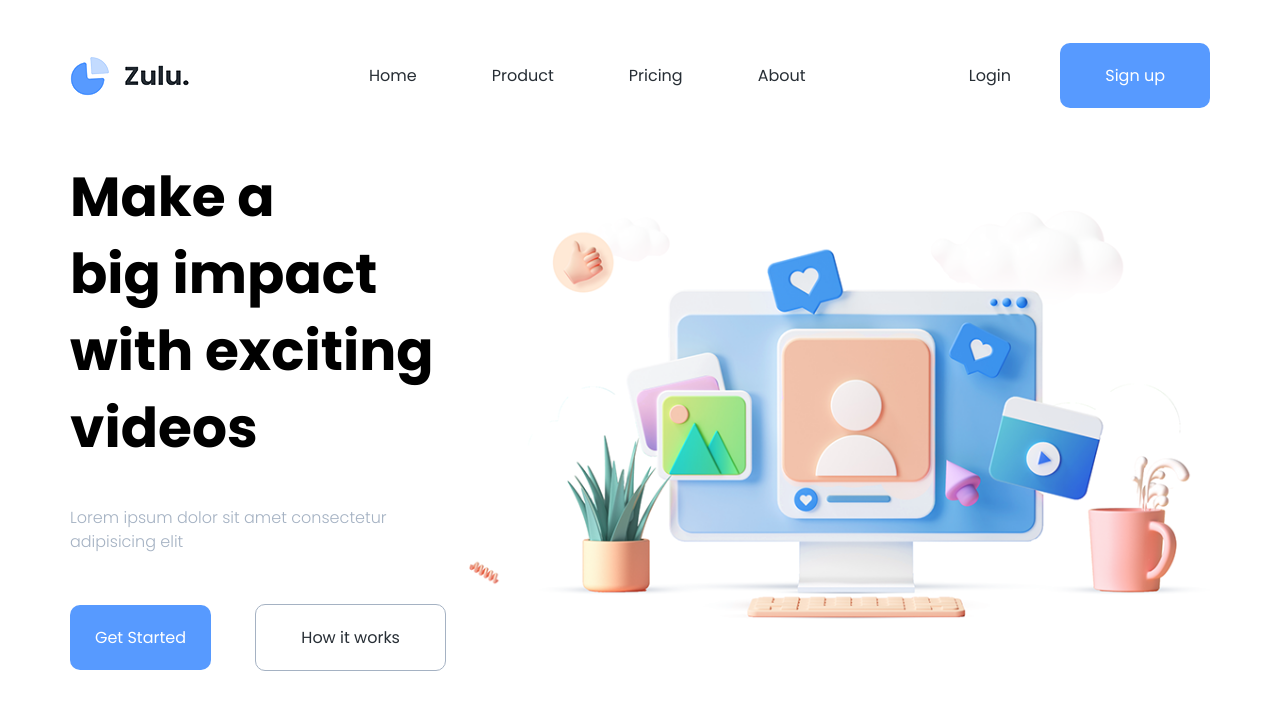
Repository: baodien1405/zulu-landing-page
Page: index.html
These files come from the project's save history. The page is drawn as it stood at one moment and after the next save; the edit follows.
The browser window is 1280 px wide. The pictures show the whole page.
The style sheet was rebuilt from its Sass, Less or Tailwind sources for each picture, by a compiler version that may differ from the author's.

Above is the page before, as saved 2021-06-22 15:57:09.

After the next save:
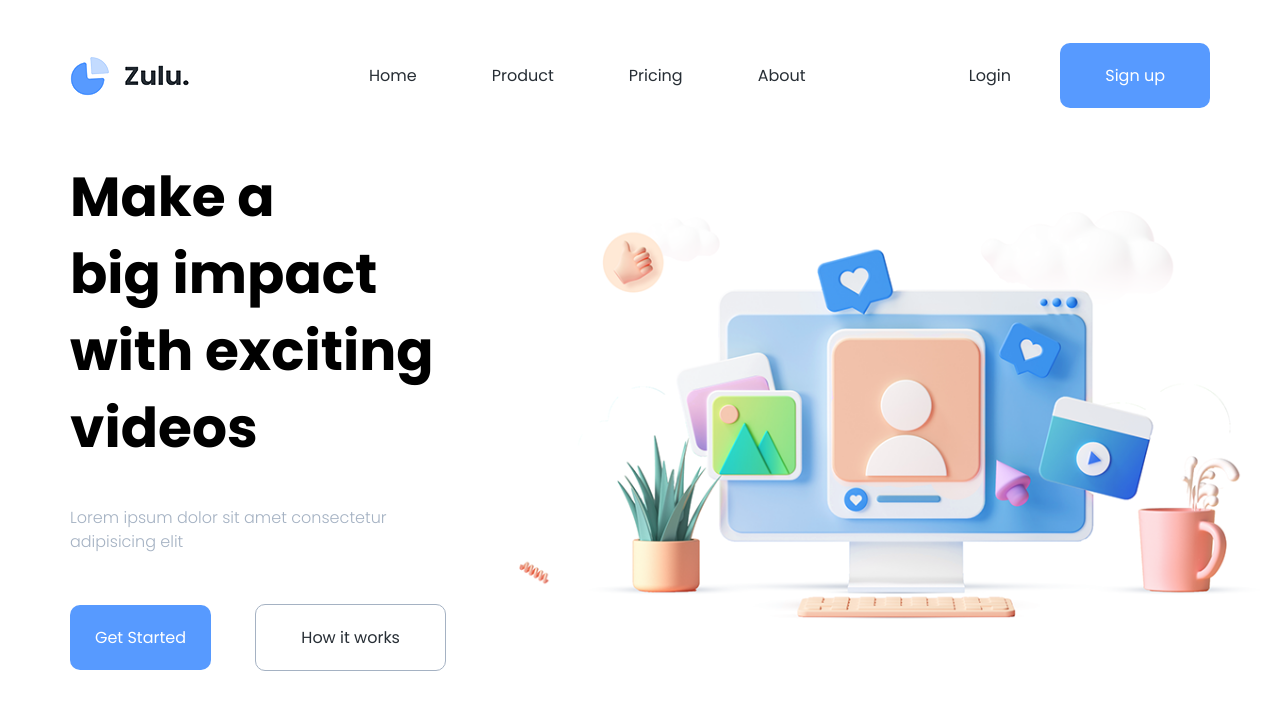
Saved 76 s later.
--- a/_banner.scss
+++ b/_banner.scss
@@ -9,6 +9,7 @@
 
   &-image {
     width: 65%;
+    transform: translateX(50px);
   }
 
   &-heading {
